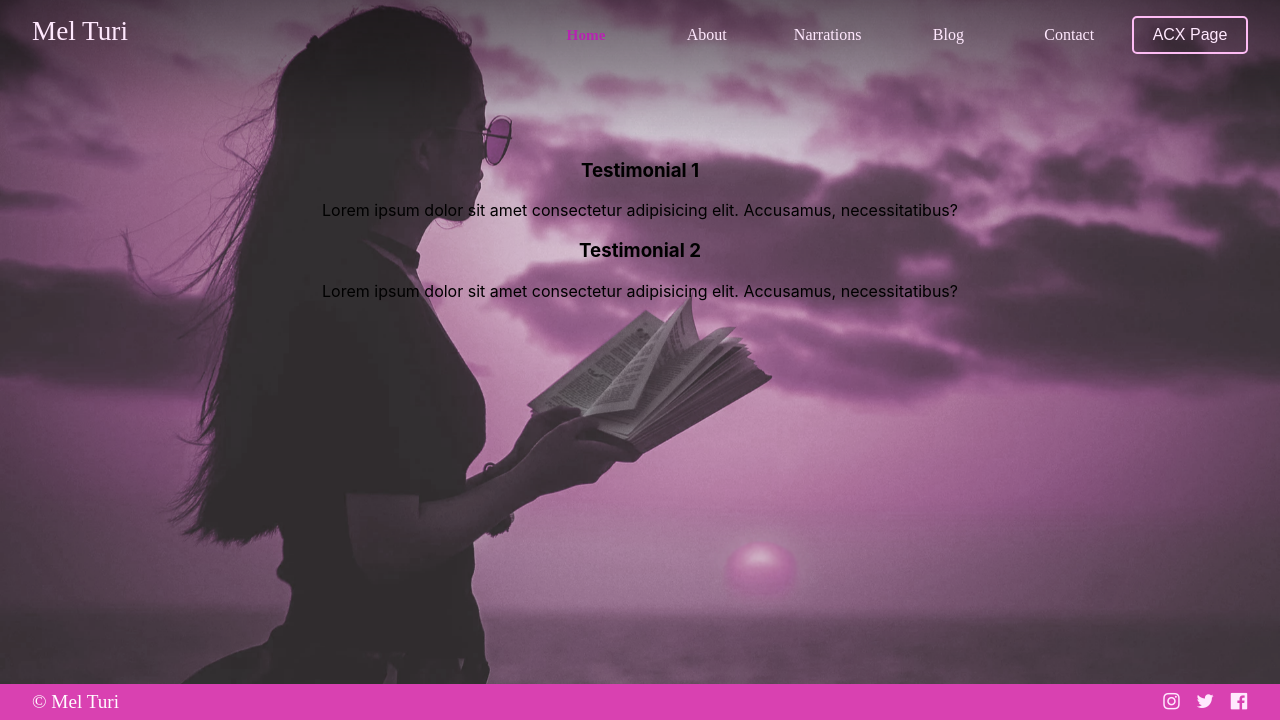
Repository: mel-turi/mel-turi-website
Page: /
The author's editor kept a copy of each file at every save. The page is drawn from the files as they stood at one save, then again after the next save.
The browser window is 1280 px wide. The pictures show the whole page.
Some web fonts or font styles are not loaded; a fallback is used. The project was rebuilt for these pictures with package versions that can differ from the ones it lists, and the page was loaded fresh each time. Also part of the build but not shown: src/About.js, src/Narrations.js, src/Blog.js, src/Contact.js.

Above is the page before, as saved 2019-08-24 15:33:43.

After the next save:
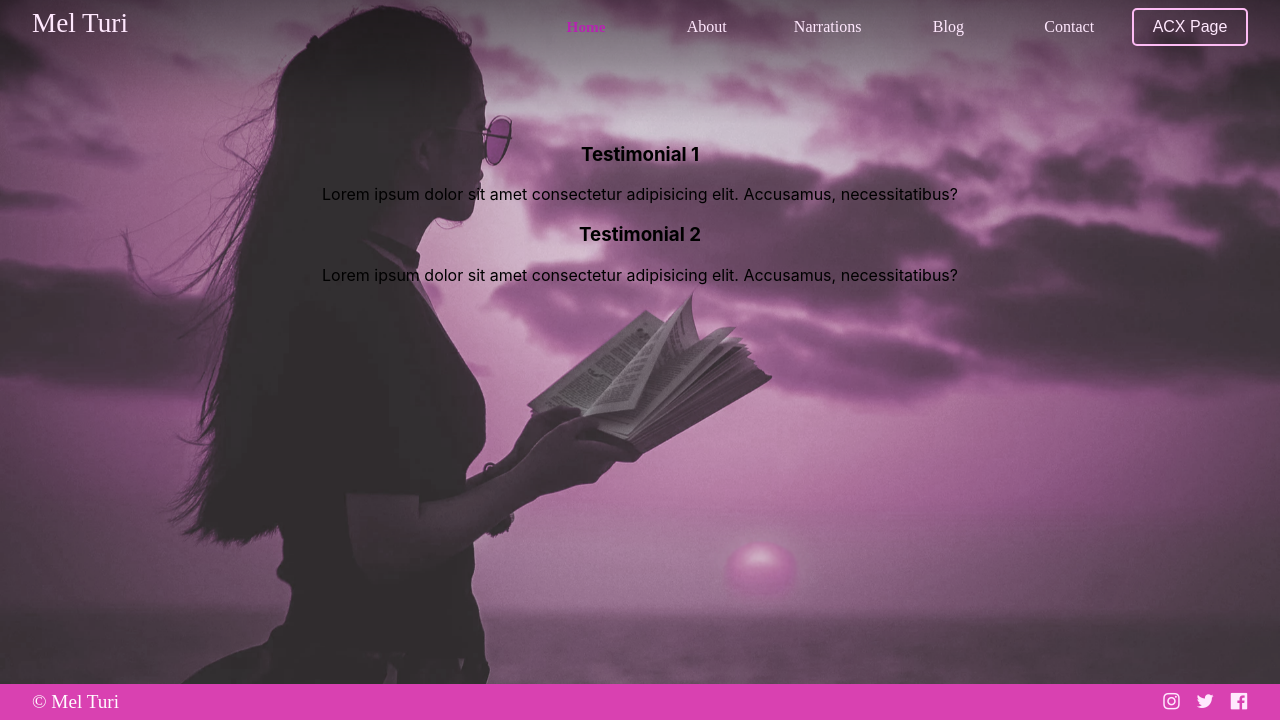
Saved 30 s later.
--- a/src/index.css
+++ b/src/index.css
@@ -65,7 +65,7 @@ code {
   align-items: start;
   justify-content: space-between;
   margin: 0;
-  padding: 1rem 0 1rem 0;
+  padding: 0.5rem 0 0.5rem 0;
   background: linear-gradient(
     rgba(0, 0, 0, 0.45),
     rgba(0, 0, 0, 0.35),
